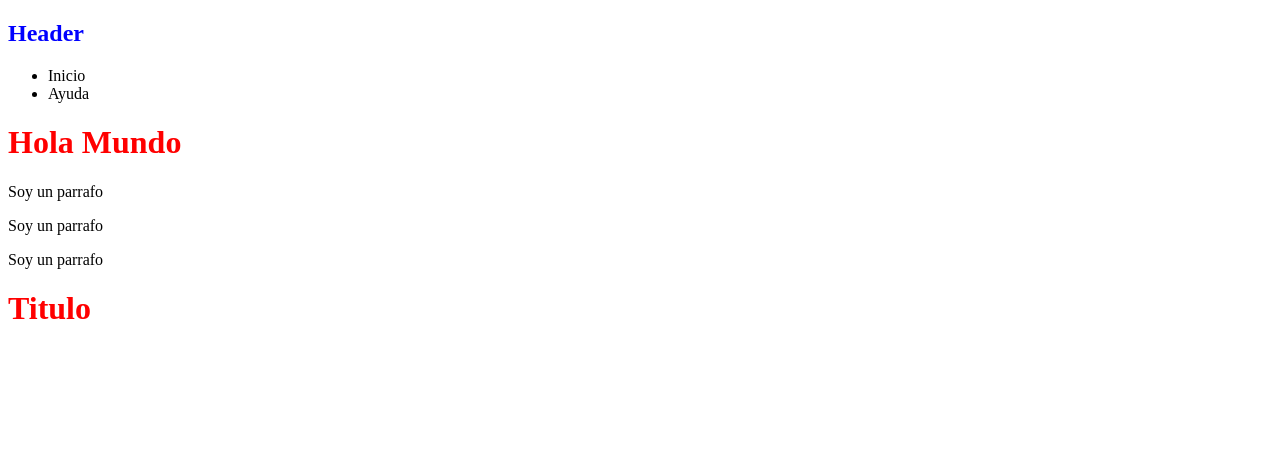
Repository: Klauditha/desafio_modulo_react
Page: / (app in 01_Introduccion/ClasePrincipal/)
The author's editor kept a copy of each file at every save. The page is drawn from the files as they stood at one save, then again after the next save.
The browser window is 1280 px wide. The pictures show the whole page.
The project was rebuilt for these pictures with package versions that can differ from the ones it lists, and the page was loaded fresh each time. Also part of the build but not shown: 01_Introduccion/ClasePrincipal/vite.config.js, 01_Introduccion/ClasePrincipal/src/index.css.

Above is the page before, as saved 2023-09-07 23:49:37.

### 01_Introduccion/ClasePrincipal/src/App.jsx
import "./App.css";
import { Card } from "./components/Card";
import Header from "./components/Header";

const App = () => {
  return (
    //Uso de Fragment <>
    <>
      <Header />
      <h1>Hola Mundo</h1>
      <p>Soy un parrafo</p>
      <p>Soy un parrafo</p>
      <p>Soy un parrafo</p>
      <Card/>
    </>
  );
};

export default App;

### 01_Introduccion/ClasePrincipal/src/App.css
h1{
  color:red;
}

h2{
  color:blue
}

### 01_Introduccion/ClasePrincipal/src/components/Card.jsx
export const Card = (props) => {
  return (
    <>
    <h1>Titulo</h1>
    <div></div>
    <div></div>
    </>
  )
}

### 01_Introduccion/ClasePrincipal/src/components/Header.jsx
import Enlaces from "./Enlaces";

const Header = () => {
  return (
    <>
      <h2>Header</h2>
      <Enlaces/>
    </>
  );
};

export default Header;

### 01_Introduccion/ClasePrincipal/src/components/Enlaces.jsx
export const Enlaces = () => {
  return (
    <div>
      <ul>
        <li>Inicio</li>
        <li>Ayuda</li>
      </ul>
    </div>
  );
};

export default Enlaces;

Loaded but not shown: 01_Introduccion/ClasePrincipal/index.html (common file); 01_Introduccion/ClasePrincipal/src/main.jsx (common file)

After the next save:
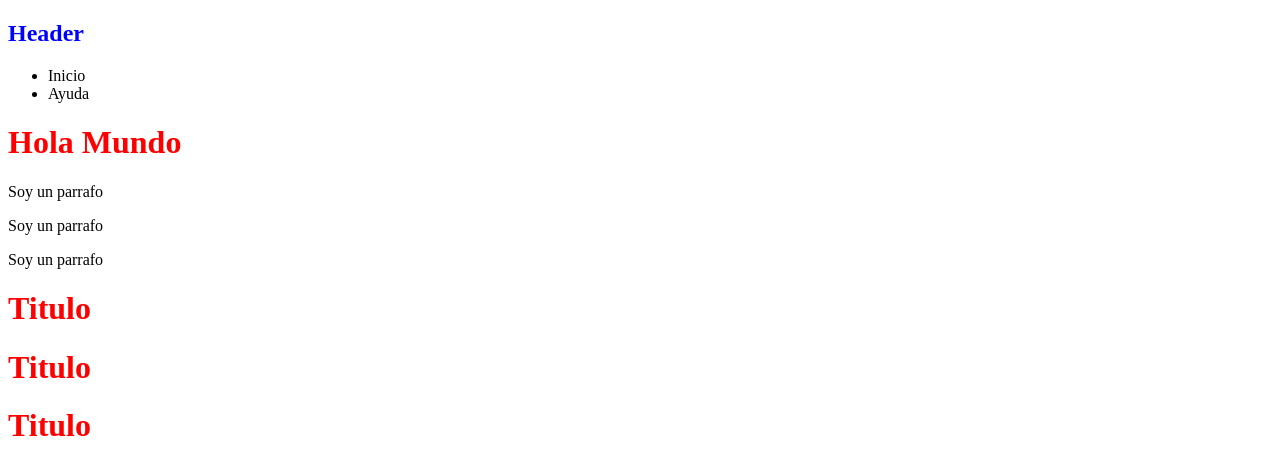
Saved 33 s later.
--- a/01_Introduccion/ClasePrincipal/src/App.jsx
+++ b/01_Introduccion/ClasePrincipal/src/App.jsx
@@ -11,7 +11,12 @@ const App = () => {
       <p>Soy un parrafo</p>
       <p>Soy un parrafo</p>
       <p>Soy un parrafo</p>
+      <div className="container">
       <Card/>
+      <Card/>
+      <Card/>
+      </div>
+
     </>
   );
 };
